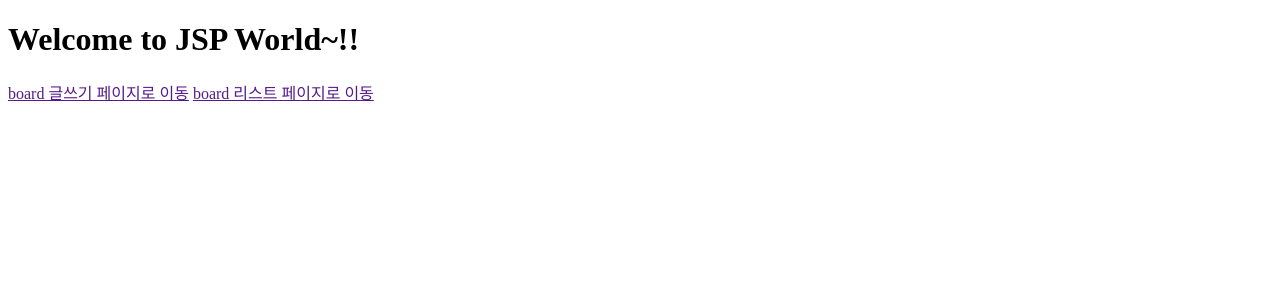
Repository: dtkd19/jsp-jstl_241022
Page: http://localhost/jsp_study/index.jsp
The author's editor kept a copy of each file at every save. The page is drawn from the files as they stood at one save, then again after the next save.
The browser window is 1280 px wide. The pictures show the whole page.
The page is served by Tomcat 9.

Above is the page before, as saved 2024-10-22 04:12:35.

After the next save:
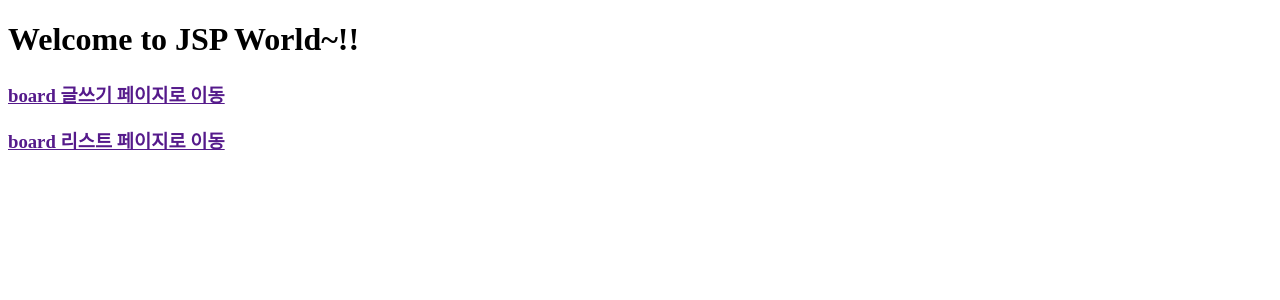
Saved 22 s later.
--- a/jsp_study/src/main/webapp/index.jsp
+++ b/jsp_study/src/main/webapp/index.jsp
@@ -8,7 +8,7 @@
 </head>
 <body>
 	<h1>Welcome to JSP World~!!</h1>
-	<a href="">board 글쓰기 페이지로 이동</a>
-	<a href="">board 리스트 페이지로 이동</a>
+	<h3><a href="">board 글쓰기 페이지로 이동</a></h3>
+	<h3><a href="">board 리스트 페이지로 이동</a></h3>
 </body>
 </html>
